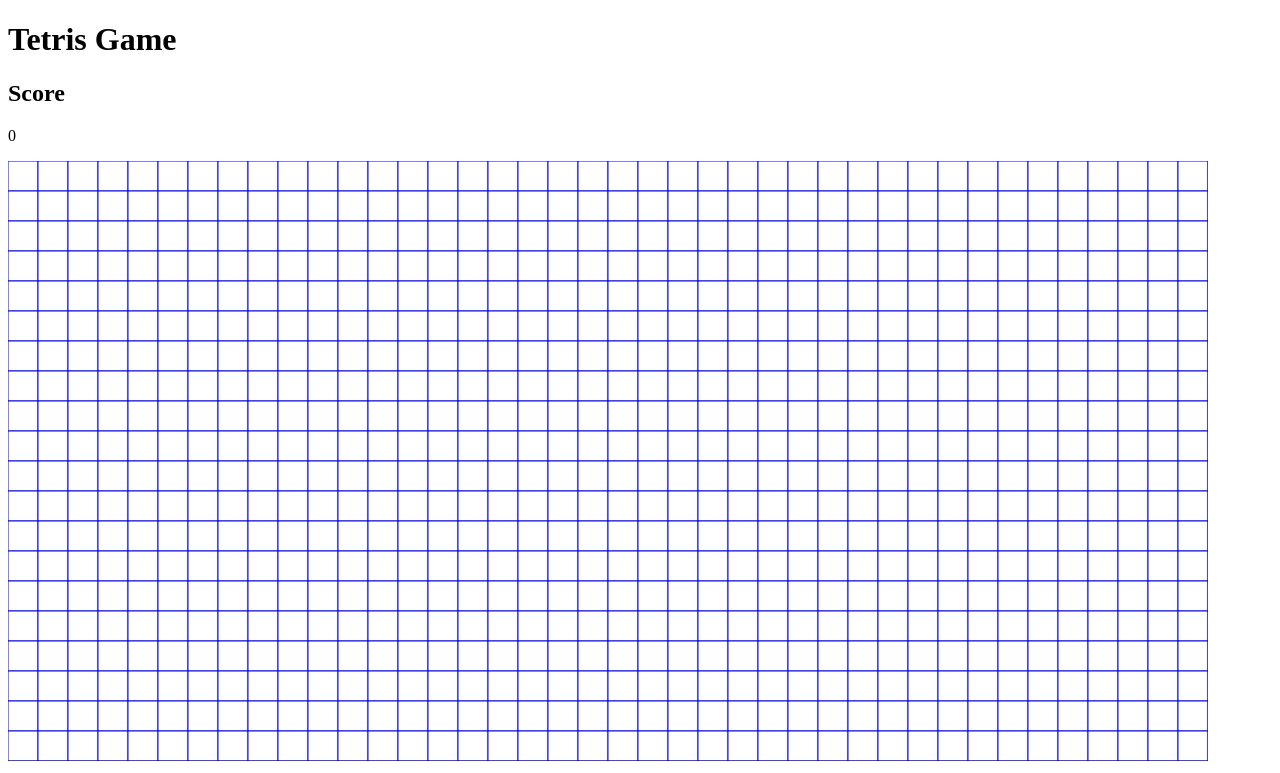
Repository: nlbien22/games
Page: Tetris/index.html
These files come from the project's save history. The page is drawn as it stood at one moment and after the next save; the edit follows.
The browser window is 1280 px wide. The pictures show the whole page.

Above is the page before, as saved 2024-11-14 21:54:33.

### Tetris/index.html
<!DOCTYPE html>
<html lang="en">
<head>
    <meta charset="UTF-8">
    <meta name="viewport" content="width=device-width, initial-scale=1.0">
    <title>Tetris</title>
</head>
<body>
    <h1>Tetris Game</h1>
    <div class="score-box">
        <h2>Score</h2>
        <p id="score">0</p>
    </div>
    <div class="game">
        <canvas id="tetris" width="1200" height="600">
        </canvas>
    </div>
    <script src="script.js"></script>
</body>
</html>

### Tetris/script.js
const canvas = document.getElementById('tetris');
const context = canvas.getContext('2d');

const ROW = 60;
const COL = 100;
const SQ = 30;
const COLOR = 'WHITE';
let board = [];

function drawSquare(x, y, color) {
    context.fillStyle = color;
    context.fillRect(x * SQ, y * SQ, SQ, SQ);
    context.strokeStyle = 'BLUE';
    context.strokeRect(x * SQ, y * SQ, SQ, SQ);
}


for (let r = 0; r < ROW; r++) {
    board[r] = [];
    for (let c = 0; c < COL; c++) {
        board[r][c] = COLOR;
    }
}

function drawBoard() {
    for (let r = 0; r < ROW; r++) {
        for (let c = 0; c < COL; c++) {
            drawSquare(c, r, board[r][c]);
            // break;
        }
    }
}

drawBoard();

After the next save:
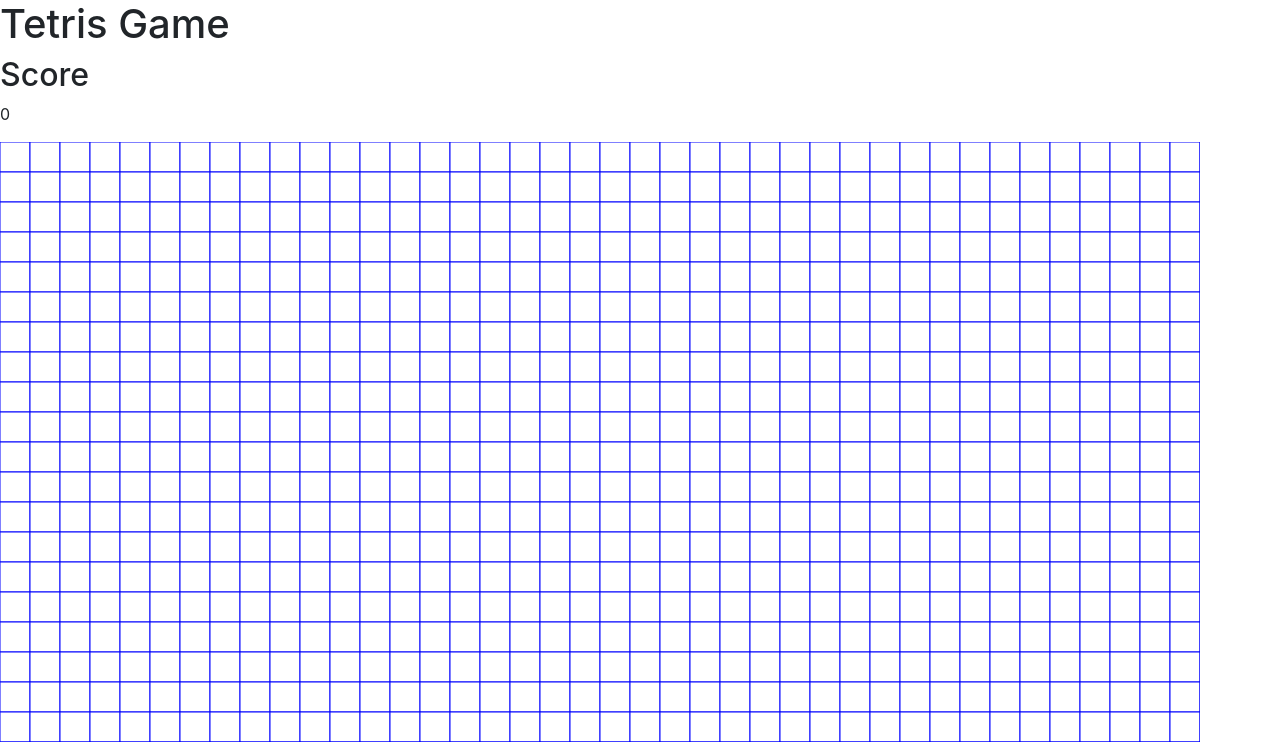
Saved 16 s later.
--- a/Tetris/index.html
+++ b/Tetris/index.html
@@ -4,6 +4,8 @@
     <meta charset="UTF-8">
     <meta name="viewport" content="width=device-width, initial-scale=1.0">
     <title>Tetris</title>
+    <!-- boóttap -->
+    <link rel="stylesheet" href="https://stackpath.bootstrapcdn.com/bootstrap/4.5.2/css/bootstrap.min.css">
 </head>
 <body>
     <h1>Tetris Game</h1>
